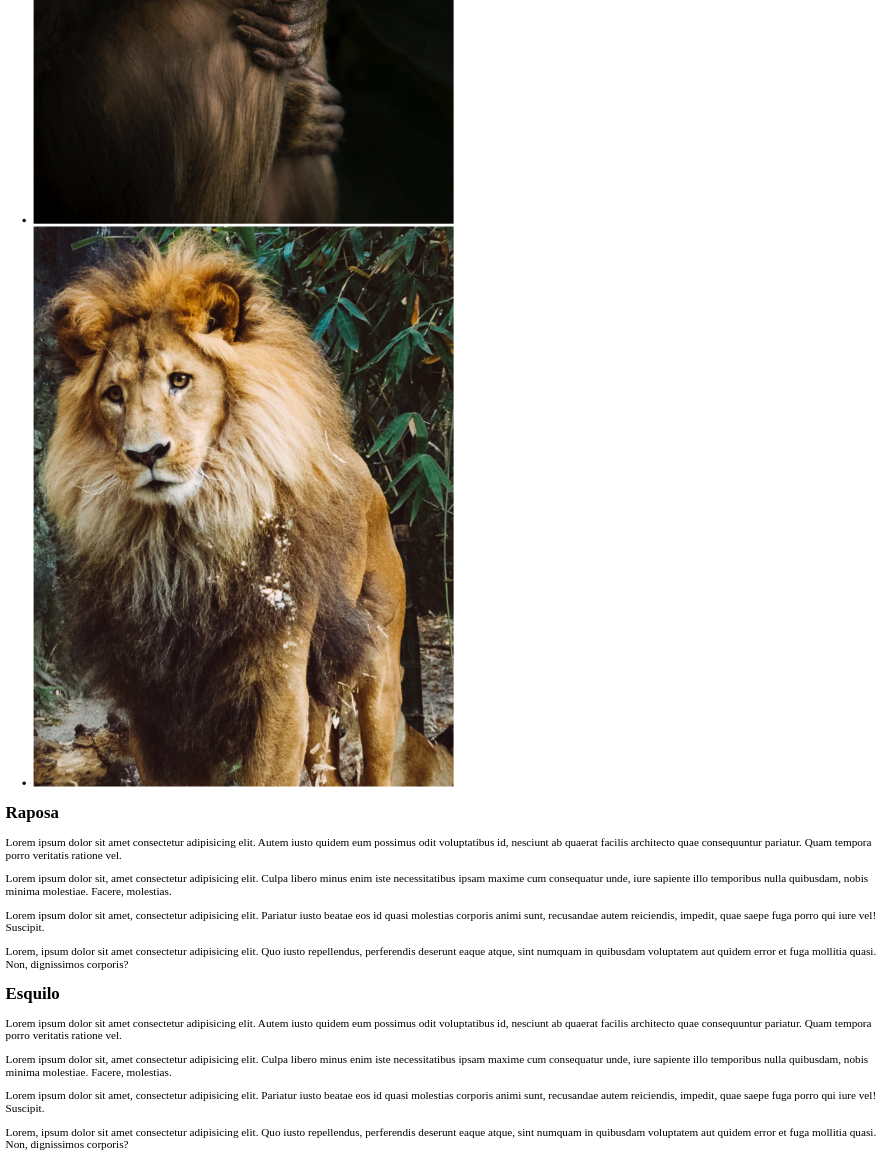
Repository: meiotera/animaisPagina
Page: index.html
These files come from the project's save history. The page is drawn as it stood at one moment and after the next save; the edit follows.
The browser window is 1280 px wide. The pictures show the part of the page from y = 3851 to 5771 px (the page is 5512 px tall before and 5771 px after), at 70% of full size.

Above is the page before, as saved 2025-05-02 09:30:55.

After the next save:
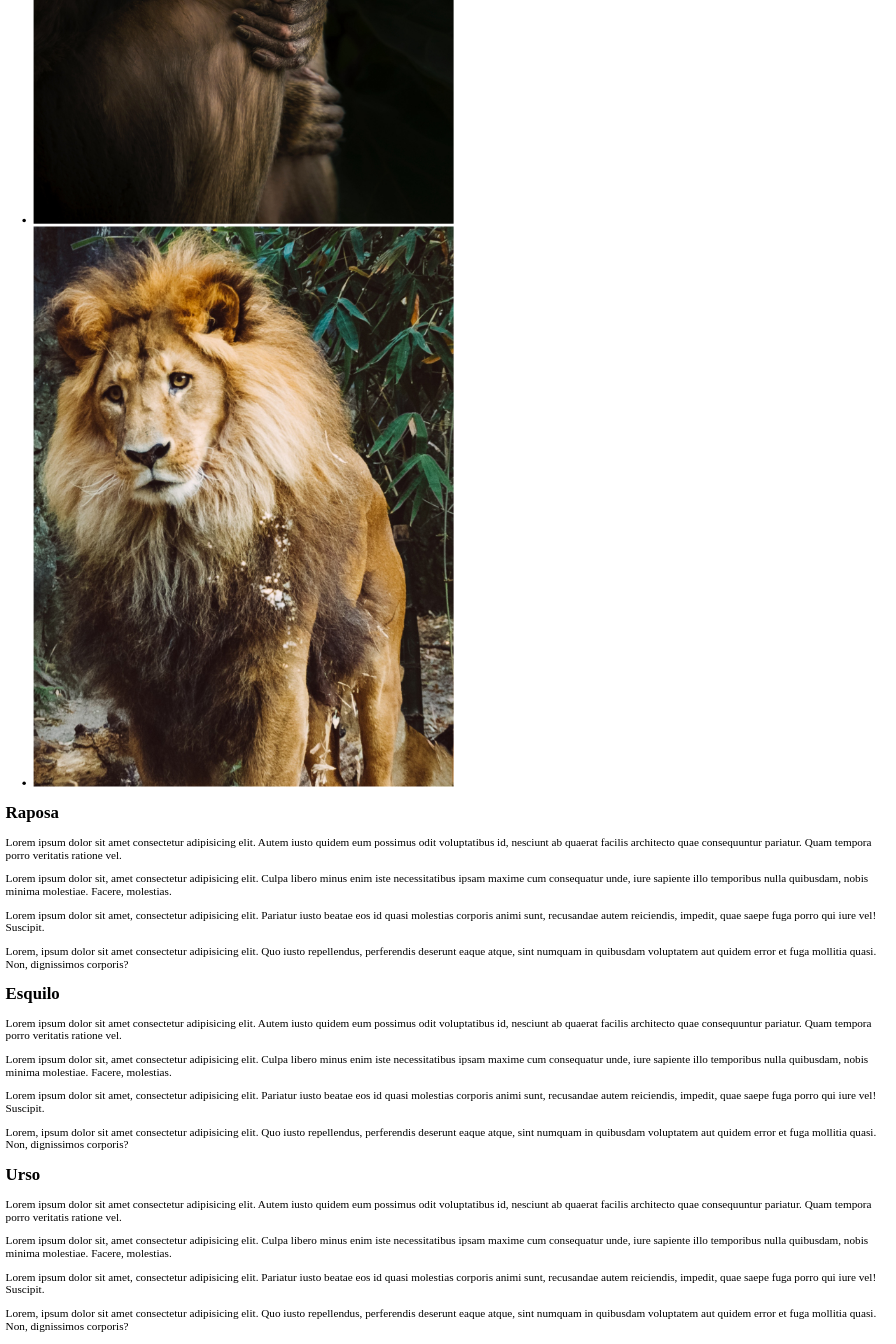
Saved 14 s later.
--- a/index.html
+++ b/index.html
@@ -48,6 +48,14 @@
         <p>Lorem ipsum dolor sit amet, consectetur adipisicing elit. Pariatur iusto beatae eos id quasi molestias corporis animi sunt, recusandae autem reiciendis, impedit, quae saepe fuga porro qui iure vel! Suscipit.</p>
         <p>Lorem, ipsum dolor sit amet consectetur adipisicing elit. Quo iusto repellendus, perferendis deserunt eaque atque, sint numquam in quibusdam voluptatem aut quidem error et fuga mollitia quasi. Non, dignissimos corporis?</p>
       </section>
+
+      <section>
+        <h2>Urso</h2>
+        <p>Lorem ipsum dolor sit amet consectetur adipisicing elit. Autem iusto quidem eum possimus odit voluptatibus id, nesciunt ab quaerat facilis architecto quae consequuntur pariatur. Quam tempora porro veritatis ratione vel.</p>
+        <p>Lorem ipsum dolor sit, amet consectetur adipisicing elit. Culpa libero minus enim iste necessitatibus ipsam maxime cum consequatur unde, iure sapiente illo temporibus nulla quibusdam, nobis minima molestiae. Facere, molestias.</p>
+        <p>Lorem ipsum dolor sit amet, consectetur adipisicing elit. Pariatur iusto beatae eos id quasi molestias corporis animi sunt, recusandae autem reiciendis, impedit, quae saepe fuga porro qui iure vel! Suscipit.</p>
+        <p>Lorem, ipsum dolor sit amet consectetur adipisicing elit. Quo iusto repellendus, perferendis deserunt eaque atque, sint numquam in quibusdam voluptatem aut quidem error et fuga mollitia quasi. Non, dignissimos corporis?</p>
+      </section>
     </div>
   </section>
   <script src="script.js"></script>
